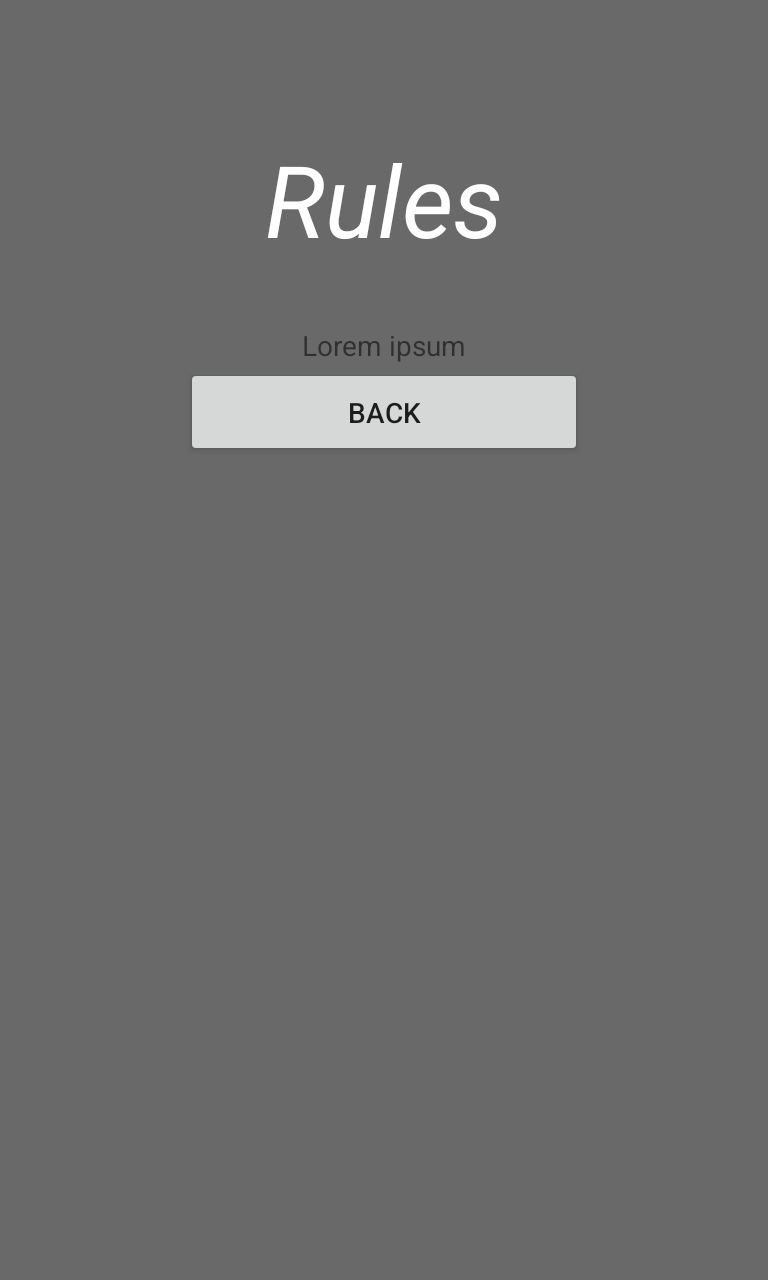
Repository: Hannanina/GuessTag
Layout: GuessTag/res/layout/activity_rules.xml
These files come from the project's save history. The layout is drawn as it stood at one moment and after the next save; the edit follows.
It is drawn on a 768 x 1280 px phone screen (xhdpi) without system bars, with theme AppTheme; the app's code is not run.

Above is the layout before, as saved 2014-12-05 14:17:57.

### GuessTag/res/layout/activity_rules.xml
<LinearLayout xmlns:android="http://schemas.android.com/apk/res/android"
    xmlns:tools="http://schemas.android.com/tools"
    android:layout_width="match_parent"
    android:layout_height="match_parent"
    android:paddingBottom="@dimen/activity_vertical_margin"
    android:paddingLeft="@dimen/activity_horizontal_margin"
    android:paddingRight="@dimen/activity_horizontal_margin"
    android:paddingTop="@dimen/activity_vertical_margin"
    android:orientation="vertical"
    android:background="@color/DimGray"
    tools:context="com.example.guesstag.RulesActivity" >

	<TextView
        android:id="@+id/rules_heading"
        android:layout_marginTop="50dp"
        android:layout_marginBottom="30dp"
        android:layout_width="wrap_content"
	    android:layout_height="wrap_content"
	    android:layout_gravity="center"
	    android:text="@string/rules_heading"
	    android:textStyle="italic"
	    android:textSize="50sp"
	    android:textColor="@color/White">
    </TextView>

	<TextView
		android:id="@+id/rules_text"
		android:layout_width="wrap_content"
	    android:layout_height="wrap_content"
	    android:layout_gravity="center"
	    android:text="@string/rules_text" >
	</TextView>

	<Button
	    android:id="@+id/button_back"
	    android:layout_width="200dp"
	    android:layout_height="48dp"
	    android:layout_gravity="bottom|center"
	    android:text="@string/button_back">
	</Button>
</LinearLayout>

### GuessTag/res/values/colors.xml
<?xml version="1.0" encoding="utf-8"?>
<resources>
 <color name="white">#FFFFFF</color>
 <color name="yellow">#FFFF00</color>
 <color name="fuchsia">#FF00FF</color>
 <color name="red">#FF0000</color>
 <color name="silver">#C0C0C0</color>
 <color name="gray">#808080</color>
 <color name="olive">#808000</color>
 <color name="purple">#800080</color>
 <color name="maroon">#800000</color>
 <color name="aqua">#00FFFF</color>
 <color name="lime">#00FF00</color>
 <color name="teal">#008080</color>
 <color name="green">#008000</color>
 <color name="blue">#0000FF</color>
 <color name="navy">#000080</color>
 <color name="black">#000000</color>


 <color name="White">#FFFFFF</color>
 <color name="Ivory">#FFFFF0</color>
 <color name="LightYellow">#FFFFE0</color>
 <color name="Yellow">#FFFF00</color>
 <color name="Snow">#FFFAFA</color>
 <color name="FloralWhite">#FFFAF0</color>
 <color name="LemonChiffon">#FFFACD</color>
 <color name="Cornsilk">#FFF8DC</color>
 <color name="Seashell">#FFF5EE</color>
 <color name="LavenderBlush">#FFF0F5</color>
 <color name="PapayaWhip">#FFEFD5</color>
 <color name="BlanchedAlmond">#FFEBCD</color>
 <color name="MistyRose">#FFE4E1</color>
 <color name="Bisque">#FFE4C4</color>
 <color name="Moccasin">#FFE4B5</color>
 <color name="NavajoWhite">#FFDEAD</color>
 <color name="PeachPuff">#FFDAB9</color>
 <color name="Gold">#FFD700</color>
 <color name="Pink">#FFC0CB</color>
 <color name="LightPink">#FFB6C1</color>
 <color name="Orange">#FFA500</color>
 <color name="LightSalmon">#FFA07A</color>
 <color name="DarkOrange">#FF8C00</color>
 <color name="Coral">#FF7F50</color>
 <color name="HotPink">#FF69B4</color>
 <color name="Tomato">#FF6347</color>
 <color name="OrangeRed">#FF4500</color>
 <color name="DeepPink">#FF1493</color>
 <color name="Fuchsia">#FF00FF</color>
 <color name="Magenta">#FF00FF</color>
 <color name="Red">#FF0000</color>
 <color name="OldLace">#FDF5E6</color>
 <color name="LightGoldenrodYellow">#FAFAD2</color>
 <color name="Linen">#FAF0E6</color>
 <color name="AntiqueWhite">#FAEBD7</color>
 <color name="Salmon">#FA8072</color>
 <color name="GhostWhite">#F8F8FF</color>
 <color name="MintCream">#F5FFFA</color>
 <color name="WhiteSmoke">#F5F5F5</color>
 <color name="Beige">#F5F5DC</color>
 <color name="Wheat">#F5DEB3</color>
 <color name="SandyBrown">#F4A460</color>
 <color name="Azure">#F0FFFF</color>
 <color name="Honeydew">#F0FFF0</color>
 <color name="AliceBlue">#F0F8FF</color>
 <color name="Khaki">#F0E68C</color>
 <color name="LightCoral">#F08080</color>
 <color name="PaleGoldenrod">#EEE8AA</color>
 <color name="Violet">#EE82EE</color>
 <color name="DarkSalmon">#E9967A</color>
 <color name="Lavender">#E6E6FA</color>
 <color name="LightCyan">#E0FFFF</color>
 <color name="BurlyWood">#DEB887</color>
 <color name="Plum">#DDA0DD</color>
 <color name="Gainsboro">#DCDCDC</color>
 <color name="Crimson">#DC143C</color>
 <color name="PaleVioletRed">#DB7093</color>
 <color name="Goldenrod">#DAA520</color>
 <color name="Orchid">#DA70D6</color>
 <color name="Thistle">#D8BFD8</color>
 <color name="LightGrey">#D3D3D3</color>
 <color name="Tan">#D2B48C</color>
 <color name="Chocolate">#D2691E</color>
 <color name="Peru">#CD853F</color>
 <color name="IndianRed">#CD5C5C</color>
 <color name="MediumVioletRed">#C71585</color>
 <color name="Silver">#C0C0C0</color>
 <color name="DarkKhaki">#BDB76B</color>
 <color name="RosyBrown">#BC8F8F</color>
 <color name="MediumOrchid">#BA55D3</color>
 <color name="DarkGoldenrod">#B8860B</color>
 <color name="FireBrick">#B22222</color>
 <color name="PowderBlue">#B0E0E6</color>
 <color name="LightSteelBlue">#B0C4DE</color>
 <color name="PaleTurquoise">#AFEEEE</color>
 <color name="GreenYellow">#ADFF2F</color>
 <color name="LightBlue">#ADD8E6</color>
 <color name="DarkGray">#A9A9A9</color>
 <color name="Brown">#A52A2A</color>
 <color name="Sienna">#A0522D</color>
 <color name="YellowGreen">#9ACD32</color>
 <color name="DarkOrchid">#9932CC</color>
 <color name="PaleGreen">#98FB98</color>
 <color name="DarkViolet">#9400D3</color>
 <color name="MediumPurple">#9370DB</color>
 <color name="LightGreen">#90EE90</color>
 <color name="DarkSeaGreen">#8FBC8F</color>
 <color name="SaddleBrown">#8B4513</color>
 <color name="DarkMagenta">#8B008B</color>
 <color name="DarkRed">#8B0000</color>
 <color name="BlueViolet">#8A2BE2</color>
 <color name="LightSkyBlue">#87CEFA</color>
 <color name="SkyBlue">#87CEEB</color>
 <color name="Gray">#808080</color>
 <color name="Olive">#808000</color>
 <color name="Purple">#800080</color>
 <color name="Maroon">#800000</color>
 <color name="Aquamarine">#7FFFD4</color>
 <color name="Chartreuse">#7FFF00</color>
 <color name="LawnGreen">#7CFC00</color>
 <color name="MediumSlateBlue">#7B68EE</color>
 <color name="LightSlateGray">#778899</color>
 <color name="SlateGray">#708090</color>
 <color name="OliveDrab">#6B8E23</color>
 <color name="SlateBlue">#6A5ACD</color>
 <color name="DimGray">#696969</color>
 <color name="MediumAquamarine">#66CDAA</color>
 <color name="CornflowerBlue">#6495ED</color>
 <color name="CadetBlue">#5F9EA0</color>
 <color name="DarkOliveGreen">#556B2F</color>
 <color name="Indigo">#4B0082</color>
 <color name="MediumTurquoise">#48D1CC</color>
 <color name="DarkSlateBlue">#483D8B</color>
 <color name="SteelBlue">#4682B4</color>
 <color name="RoyalBlue">#4169E1</color>
 <color name="Turquoise">#40E0D0</color>
 <color name="MediumSeaGreen">#3CB371</color>
 <color name="LimeGreen">#32CD32</color>
 <color name="DarkSlateGray">#2F4F4F</color>
 <color name="SeaGreen">#2E8B57</color>
 <color name="ForestGreen">#228B22</color>
 <color name="LightSeaGreen">#20B2AA</color>
 <color name="DodgerBlue">#1E90FF</color>
 <color name="MidnightBlue">#191970</color>
 <color name="Aqua">#00FFFF</color>
 <color name="Cyan">#00FFFF</color>
 <color name="SpringGreen">#00FF7F</color>
 <color name="Lime">#00FF00</color>
 <color name="MediumSpringGreen">#00FA9A</color>
 <color name="DarkTurquoise">#00CED1</color>
 <color name="DeepSkyBlue">#00BFFF</color>
 <color name="DarkCyan">#008B8B</color>
 <color name="Teal">#008080</color>
 <color name="Green">#008000</color>
 <color name="DarkGreen">#006400</color>
 <color name="Blue">#0000FF</color>
 <color name="MediumBlue">#0000CD</color>
 <color name="DarkBlue">#00008B</color>
 <color name="Navy">#000080</color>
 <color name="Black">#000000</color>
</resources>

### GuessTag/res/values/strings.xml
<?xml version="1.0" encoding="utf-8"?>
<resources>

    <string name="app_name">guess#</string>
    <string name="hello_world">Hello world!</string>
    <string name="action_settings">Settings</string>

    <!-- BACK BUTTON -->

    <string name="button_back">Back</string>

    <!-- START ACTIVITY -->
    <string name="start_heading">guess#</string>
    <string name="button_start">Start new game</string>
    <string name="button_highscore">Highscore</string>
    <string name="button_rules">Rules</string>
    <string name="title_activity_rules">RulesActivity</string>

    <!-- RULES ACTIVITY -->

    <string name="rules_heading">Rules</string>
    <string name="rules_text">Lorem ipsum</string>

</resources>

Loaded but not shown: GuessTag/res/values/styles.xml (common file); GuessTag/res/values-v11/styles.xml (common file); GuessTag/res/values-v14/styles.xml (common file); GuessTag/res/values/dimens.xml (common file); GuessTag/res/values-w820dp/dimens.xml (common file)

After the next save:
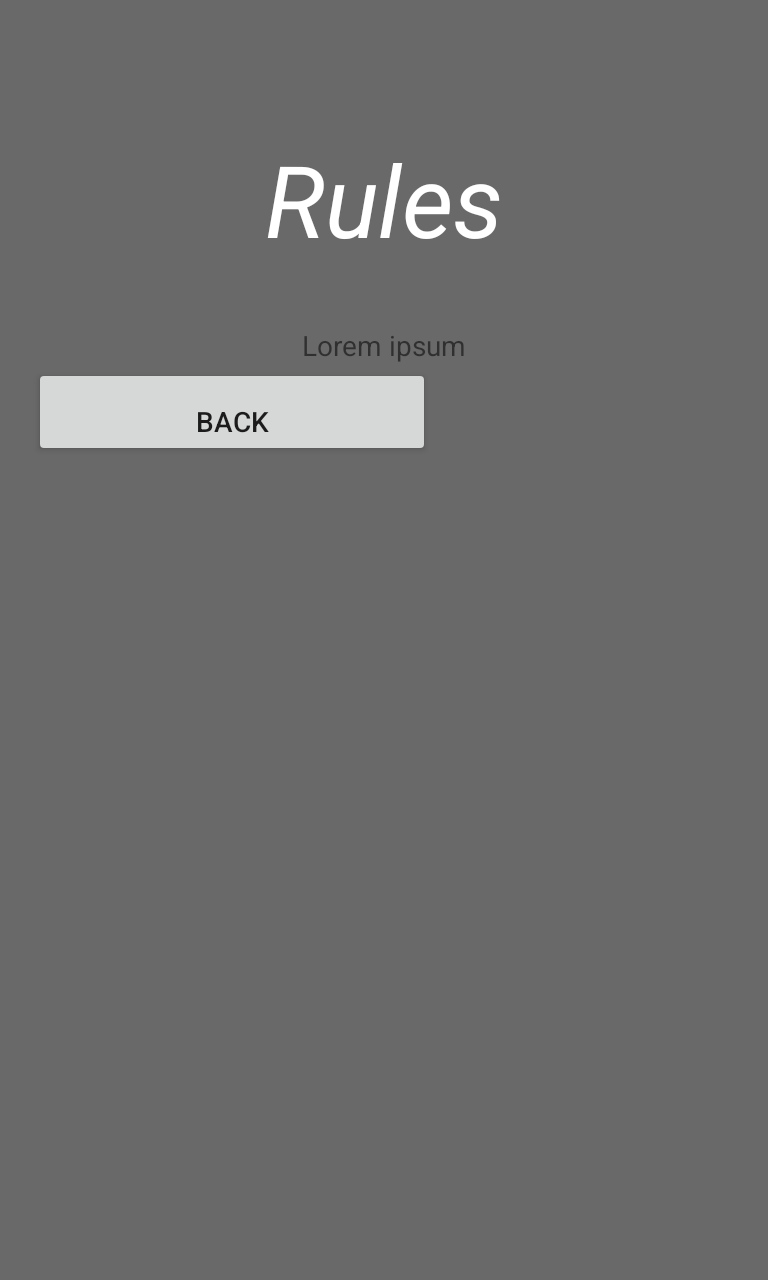
Saved 35 s later.
--- a/GuessTag/res/layout/activity_rules.xml
+++ b/GuessTag/res/layout/activity_rules.xml
@@ -35,7 +35,7 @@
 	    android:id="@+id/button_back"
 	    android:layout_width="200dp"
 	    android:layout_height="48dp"
-	    android:layout_gravity="bottom|center"
+	    android:gravity="bottom|center"
 	    android:text="@string/button_back">
 	</Button>
 </LinearLayout>

After the save that followed:
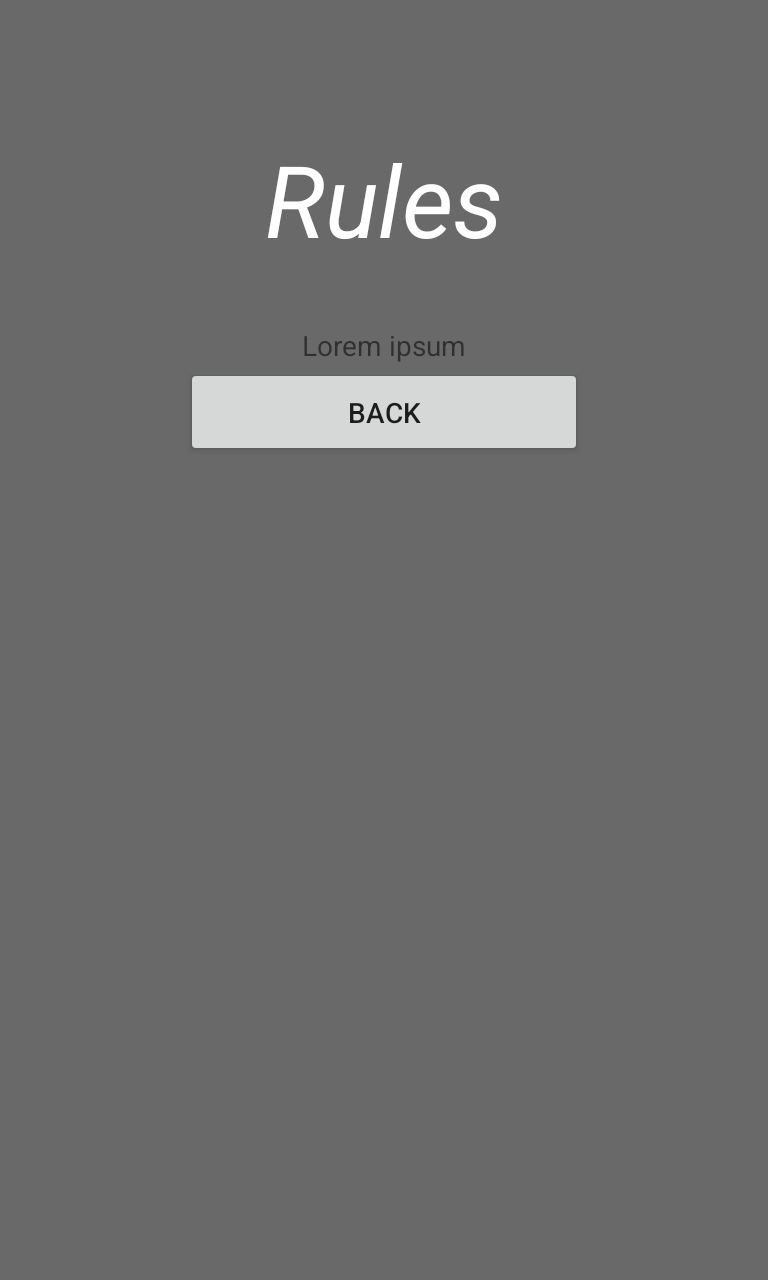
Saved 7 s later.
--- a/GuessTag/res/layout/activity_rules.xml
+++ b/GuessTag/res/layout/activity_rules.xml
@@ -35,7 +35,7 @@
 	    android:id="@+id/button_back"
 	    android:layout_width="200dp"
 	    android:layout_height="48dp"
-	    android:gravity="bottom|center"
+	    android:layout_gravity="bottom|center"
 	    android:text="@string/button_back">
 	</Button>
 </LinearLayout>
